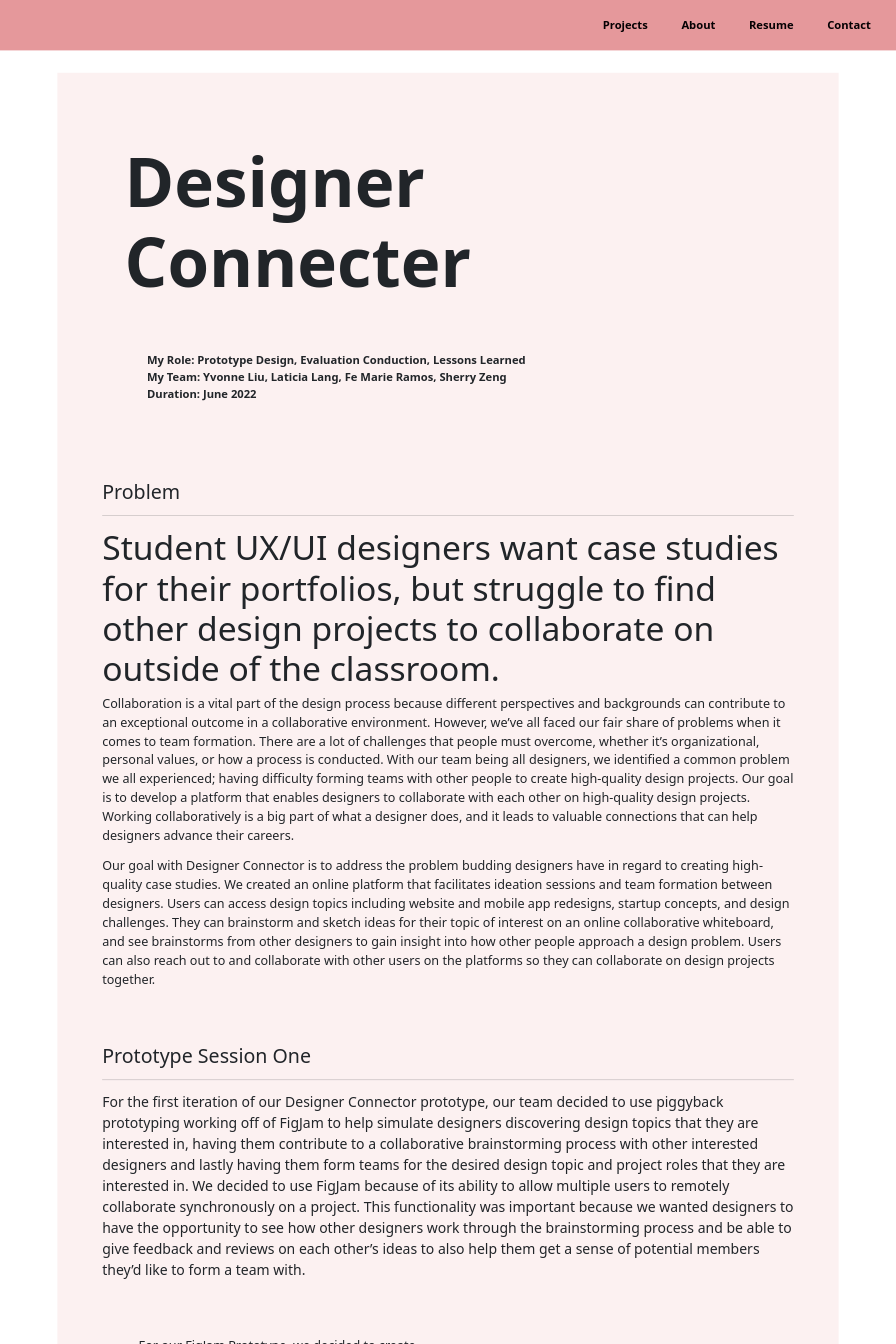
Repository: thais-chen/Portfolio
Page: designer.html
The author's editor kept a copy of each file at every save. The page is drawn from the files as they stood at one save, then again after the next save.
The browser window is 1280 px wide. The pictures show the part of the page from y = 0 to 1920 px (the page is 11273 px tall), at 70% of full size.
A picture or video elsewhere on the page could not be fetched, so the positions and the page height are approximate.

Above is the page before, as saved 2022-06-21 03:13:15.

### designer.html
<!DOCTYPE html>
<!--[if lt IE 7]>      <html class="no-js lt-ie9 lt-ie8 lt-ie7"> <![endif]-->
<!--[if IE 7]>         <html class="no-js lt-ie9 lt-ie8"> <![endif]-->
<!--[if IE 8]>         <html class="no-js lt-ie9"> <![endif]-->
<!--[if gt IE 8]>      <html class="no-js"> <!--<![endif]-->
<html>
    <head>
        <meta charset="utf-8">
        <meta http-equiv="X-UA-Compatible" content="IE=edge">
        <title></title>
        <meta name="description" content="">
        <meta name="viewport" content="width=device-width, initial-scale=1">
        <link href="https://cdn.jsdelivr.net/npm/bootstrap@5.2.0-beta1/dist/css/bootstrap.min.css" rel="stylesheet"
        integrity="sha384-0evHe/X+R7YkIZDRvuzKMRqM+OrBnVFBL6DOitfPri4tjfHxaWutUpFmBp4vmVor" crossorigin="anonymous">
        <link rel="stylesheet" href="designer.css">
    </head>
    <body>
       <header>

        <nav>
            <div class="container-fluid">
                <ul class="nav justify-content-end">

                    <li class="nav-item"><a href="index.html/#projects"> Projects</a></li>
                    <li class="nav-item"><a href="#about"> About</a> </li>
                    <li class="nav-item"><a href="#projects"> Resume</a></li>
                    <li class="nav-item "><a href="#contact"> Contact</a></li>
                </ul>
        </nav>
        </div>




       </header>
       <main class="container">


        <div class="process">
            <div>

                <div class="col">
                    <h1> Designer <br> Connecter</h1>

                </div>
                <div class=" modal-dialog modal-dialog-centered">
                        <ul>
                            <li>My Role: Prototype Design, Evaluation Conduction, Lessons Learned </li>
                            <li>My Team: Yvonne Liu, Laticia Lang, Fe Marie Ramos, Sherry Zeng</li>
                            <li>Duration: June 2022 </li>
                        </ul>


                </div>
            </div>
        <div class="setting-prob   ">
            <h3> Problem</h3>
            <hr>

            <h3 class="display-5">
                Student UX/UI designers want case studies for their portfolios, but struggle to find other design projects to collaborate on outside of the classroom.
            </h3>
            <p>
                Collaboration is a vital part of the design process because different perspectives and backgrounds can contribute to an exceptional outcome in a collaborative environment. However, we’ve all faced our fair share of problems when it comes to team formation. There are a lot of challenges that people must overcome, whether it’s organizational, personal values, or how a process is conducted. With our team being all designers, we identified a common problem we all experienced; having difficulty forming teams with other people to create high-quality design projects. Our goal is to develop a platform that enables designers to collaborate with each other on high-quality design projects. Working collaboratively is a big part of what a designer does, and it leads to valuable connections that can help designers advance their careers.
            </p>
            <p>
                Our goal with Designer Connector is to address the problem budding designers have in regard to creating high-quality case studies. We created an online platform that facilitates ideation sessions and team formation between designers. Users can access design topics including website and mobile app redesigns, startup concepts, and design challenges. They can brainstorm and sketch ideas for their topic of interest on an online collaborative whiteboard, and see brainstorms from other designers to gain insight into how other people approach a design problem. Users can also reach out to and collaborate with other users on the platforms so they can collaborate on design projects together.
            </p>
        </div>
            <div class="proto-one">
                <h3>Prototype Session One</h3>
                <hr>
                <p class="lead">
                    For the first iteration of our Designer Connector prototype, our team decided to use piggyback prototyping working off of FigJam to help simulate designers discovering design topics that they are interested in, having them contribute to a collaborative brainstorming process with other interested designers and lastly having them form teams for the desired design topic and project roles that they are interested in. We decided to use FigJam because of its ability to allow multiple users to remotely collaborate synchronously on a project. This functionality was important because we wanted designers to have the opportunity to see how other designers work through the brainstorming process and be able to give feedback and reviews on each other’s ideas to also help them get a sense of potential members they’d like to form a team with.
                </p>

               <div class="row">
                <div class="col">
                    <p>
                        For our FigJam Prototype, we decided to create a brainstorming process that focuses on having designers sketch their design ideas out based on provided topics that were provided by our team. We came up with five topics which all required the designers to come up with ideas for specified topics such as designing a dog-walking app or redesigning the Canvas website.
                    </p>
                </div>
                <div class="col">
                    <img class="img-fluid" src="images/designer/prototype1a.png">
                </div>
               </div>


                <p>We had designers rotate through four rounds so that each group of designers can create sketches for all four topics. Each round was timed so that designers only had two minutes to get their ideas down. After the rounds of sketches were completed, we had all designers take some time to review each other’s work and leave heart stamps for the ideas they found interesting.</p>

                    <center>
                        <img class="img-fluid" src="images/designer/p1b.png">
                        <figcaption  class="lead"> Here is an example of a design topic that participants worked on — they were tasked with sketching out their ideas for an app that promotes sustainability</figcaption  class="lead">

                     <img class="img-fluid" src="images/designer/a1c.png">
                        <figcaption  class="lead"> Participants were given the freedom to sign their names up on a first-come-first-serve basis for their desired design topic and team role </figcaption  class="lead">
                    </center>



                <p>
                    After having designers reflect on and review each other’s designs, we then proceeded onto the team formation part of the prototype that was conducted on Google Sheets. Here we gave designers the freedom to sign-up for their desired topic and project roles on their own.
                </p>

            </div>
            <div class="proto-two">
                <h3>Prototype Session Two</h3>
                <hr>
                <p>
                    For the second iteration of the Designer Connector prototype, we made improvements based on the feedback we received from the first round of prototyping.
                </p>
                <img class="img-fluid" src="images/designer/2a.png">
                <figcaption  class="lead">The 2nd iteration of our prototype was more organized in terms of layout which makes for a more streamlined brainstorming process</figcaption  class="lead">
                <p>
                    For this improved version, we kept the design brainstorm concept fairly the same; however, major changes were made to the layout of the brainstorming process and we also included a better design topic basis for designers to work off of rather than having them come up with entirely new design concepts. We changed the layout of the prototype for the sake of organization purposes so groups of designers know exactly where they need to go and which topic they would need to be working on. We also cut down the number of rounds from 4 to 3 and also focused on 3 design topics that required participants to redesign a specific website with a purpose in mind such as redesigning Craigslist for easier navigation.
                </p>
                <img class="img-fluid" src="images/designer/2b.png">
                <figcaption  class="lead">Here is an example of one of the design topics that participants were tasked with conducting their brainstorms on. They used a combination of sketches and comments to highlight any changes they wanted to make in their redesign.</figcaption  class="lead">

                <p>
                    Instead of having designers sketch out their ideas from scratch, for this version we decided to base the design topics on real websites and provided designers with screenshots of a webpage for them to mark up and make comments on for them to indicate their brainstorming ideas. Providing them with a screenshot of a webpage to work off of, allows the designers to pinpoint exactly where on the page they want to make the redesign changes and explain their idea with FigJam’s comment feature.
                </p>
                <div class="row">
                    <div class="col-8">
                    <p> After the brainstorming session was completed, we then had designers move on to the team formation section of our
                        prototype. Here we used Discord to simulate a live voice chat feature so that participants could join chats based on
                        their design topic of interest, network with other interested designers, and ultimately end up forming teams and
                        settling on project roles after getting to know each other more. For the purpose of this prototyping session, we
                        capped the number of participants that could enter a voice channel so that teams would be even and designers could
                        see if their first choice in design topic or role is taken and would have to move on to their second choice. </p>
                        <p>
                        Participants were directed to join voice channels on Discord based on their desired design topic (step 1) and then break
                        up into smaller groups (step 2) to form teams and choose their desired project role. </p>
                    </div>
                    <div class="col">
                        <img class="img-fluid" src="images/designer/2c.png">

                    </div>
                </div>
                <p>
                    After the brainstorming session was completed, we then had designers move on to the team formation section of our prototype. Here we used Discord to simulate a live voice chat feature so that participants could join chats based on their design topic of interest, network with other interested designers, and ultimately end up forming teams and settling on project roles after getting to know each other more. For the purpose of this prototyping session, we capped the number of participants that could enter a voice channel so that teams would be even and designers could see if their first choice in design topic or role is taken and would have to move on to their second choice.
                </p>
                <img class="img-fluid" src="images/designer/2d.png">
                <figcaption  class="lead"> After networking with other designers on Discord and breaking themselves up into teams, participants were prompted to sign their names up for their desired team and role on Google Sheets.</figcaption  class="lead">
                <p>
                    Lastly, after having designers talk amongst themselves on Discord, we then had them go onto a Google Sheet to sign up for their desired teams and project roles that they should have discussed with other members in the voice chats. For purposes of promoting further communication between formed teams, we had designers include their e-mail address information so that they could contact their respective team members on their own afterward.
                </p>
            </div>
            <div class="final-proto">


                        <p>
                            Based on the results of the previous two prototyping sessions, our team was able to use the data collected from feedback to create an actual prototype of our website on Figma. Our vision for Designer Connector is for it to be a website that designers use to discover design topics, brainstorm their ideas, collaborate with other designers, and ultimately use to help them form teams to work on a design project of their interest.
                        </p>


                        <img class="img-fluid" src="images/designer/3a.png" >
                        <p>
                            Users will be required to create an account to use the website. By requiring users to create accounts, we reduce the number of trolls on the website and promote interaction and collaboration with other users.
                        </p>
                        <center>
                            <img class="img-fluid" src="images/designer/3b.gif">
                            <img class="img-fluid" src="images/designer/3c.gif">
                        </center>

                        <p>
                            Users can browse through different design topics posted by users from around the world. They can brainstorm and sketch ideas for their topic of interest on an online collaborative whiteboard, and view other peoples’ comments on the same topic.
                        </p>
                        <img class="img-fluid" src="images/designer/3d.gif">
                        <p>Once users have engaged in brainstorming sessions and viewed other users’ designs, they can sign up to work on their desired topic. To ensure a well-rounded team, teams are comprised of different roles (UI/UX Designer, UX researcher, programmer, etc). </p>


            </div>
            <div class="eval">
                <h2> Evaluation Sessions</h2>
                <hr>
                <div class="row">
                    <div class="col">
                        <h4>
                            How did we conduct evaluations?

                        </h4>
                        <p>
                            During both rounds of prototyping, we observed participants’ behavior and how they interacted with our prototype. After both sessions, we administered surveys to ask for feedback. Surveys sought to uncover the effectiveness of our prototype in a) helping groups brainstorm and decide on a topic to work on and b) forming teams with other students. We also wanted to identify pain points and areas of confusion so that we could improve our prototype.
                        </p>
                    </div>
                    <div class="col">
                        <h4>
                            Key Lessons Learned
                        </h4>
                        <p>
                            Overall, we received positive responses to our prototype. Participants indicated that brainstorming for different topics on Figjam helped them rapidly produce ideas and decide what topic they wanted to do. Notably, users expressed that being able to see other peoples’ ideas and brainstorms was helpful and provided useful insight into how to approach a design problem.
                        </p>
                     </div>
                </div>
                    <center>   <img class="img-fluid" src="images/designer/4a.png" >
                        <figcaption  class="lead">Criticisms and suggestions we got from our participants

                    </figcaption  class="lead"> </center>

            </div>
            <div class="reflection">
                <h2> Reflection</h2>
                <hr>
                <p>
                    Students are eager to collaborate with each other but have trouble getting the ball rolling and expressing their ideas. Designer Connector aims to bring together individuals with the interest of collaborating on a project together, by helping them choose an appropriate role and brainstorm creative ideas through sketching and commenting on ideas with like-minded designers. We do not know if people will have a pleasant experience collaborating with their group mates, whether issues will arise, or if they will all contribute equally to the project. However, civilized discussion amongst group mates is likely to lead to a peaceful resolution, and active practice in resolving conflicts will strengthen one’s ability to work in a group. Designer Collector remains a solid resource for those looking to find others to collaborate with on design projects.
                </p>
            </div>
        </div>
       </main>
        <script src="" async defer></script>
    </body>
</html>

### designer.css
header{
    background-color: #e5989b;

}
ul{
    list-style: none;
}
li{
    font-weight: 600;
}
h1{
font-weight: 800;
font-size: 6rem;
}
body{
    background-color: #FFFFFF;
}
.container div{
    padding: 2rem;
}

.bg{
    background-color: #e5989b23;
}

p{
   font-size: large;
}
.process{
    background-color:  #e5989b23;
}

.container{
    margin-top: 2rem;
}
img{
    padding: 2rem;
}
/*navbar*/
.nav li{
    padding: 1.5rem;
}

a:link {  color: #050003; text-decoration: none;}


a:visited {  color: #ffcdb2; text-decoration: none; }


a:hover {
  color: white;
}

After the next save:
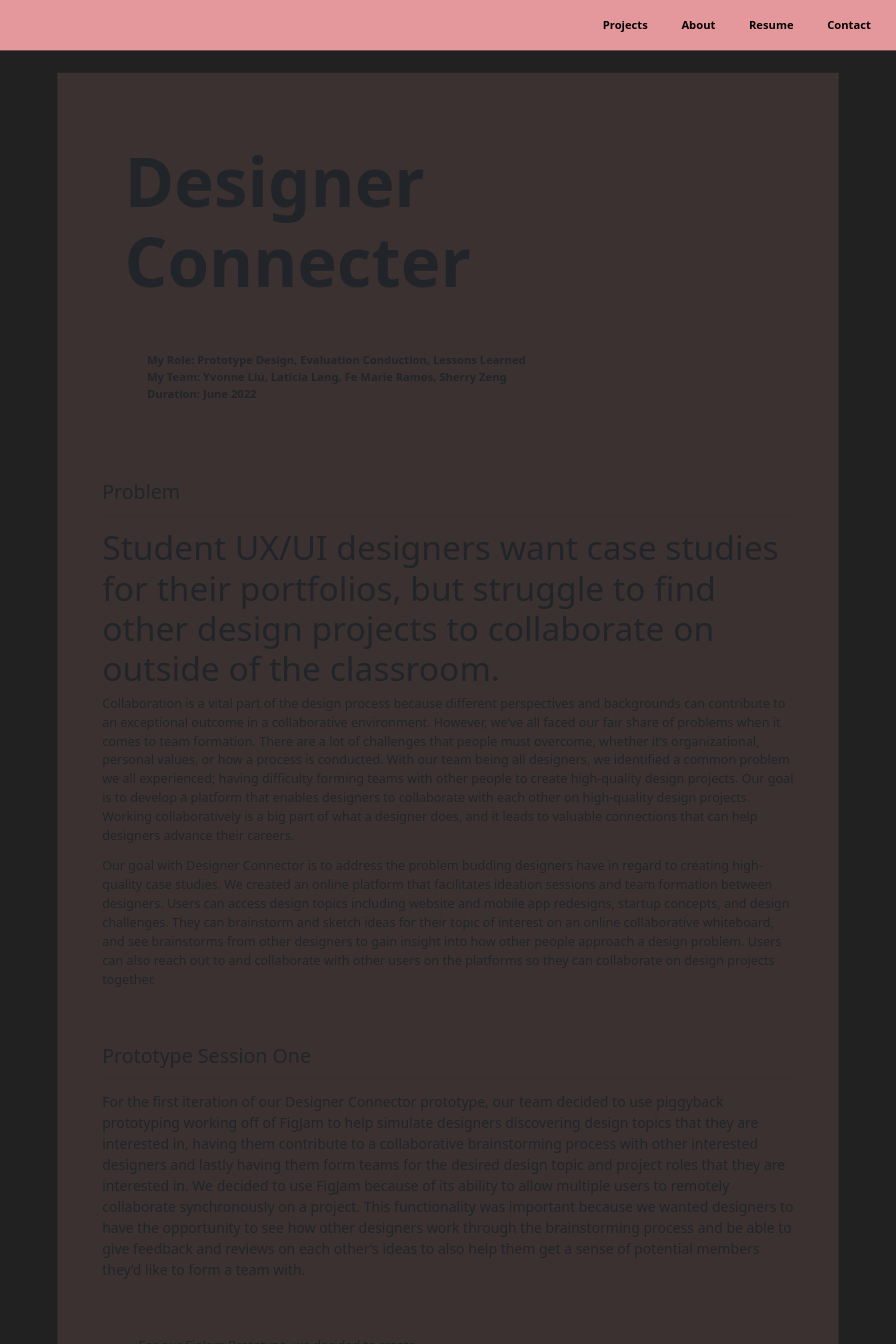
Saved 90 s later.
--- a/designer.css
+++ b/designer.css
@@ -13,7 +13,8 @@
 font-size: 6rem;
 }
 body{
-    background-color: #FFFFFF;
+    background-color: #000000de;
+
 }
 .container div{
     padding: 2rem;

After the save that followed:
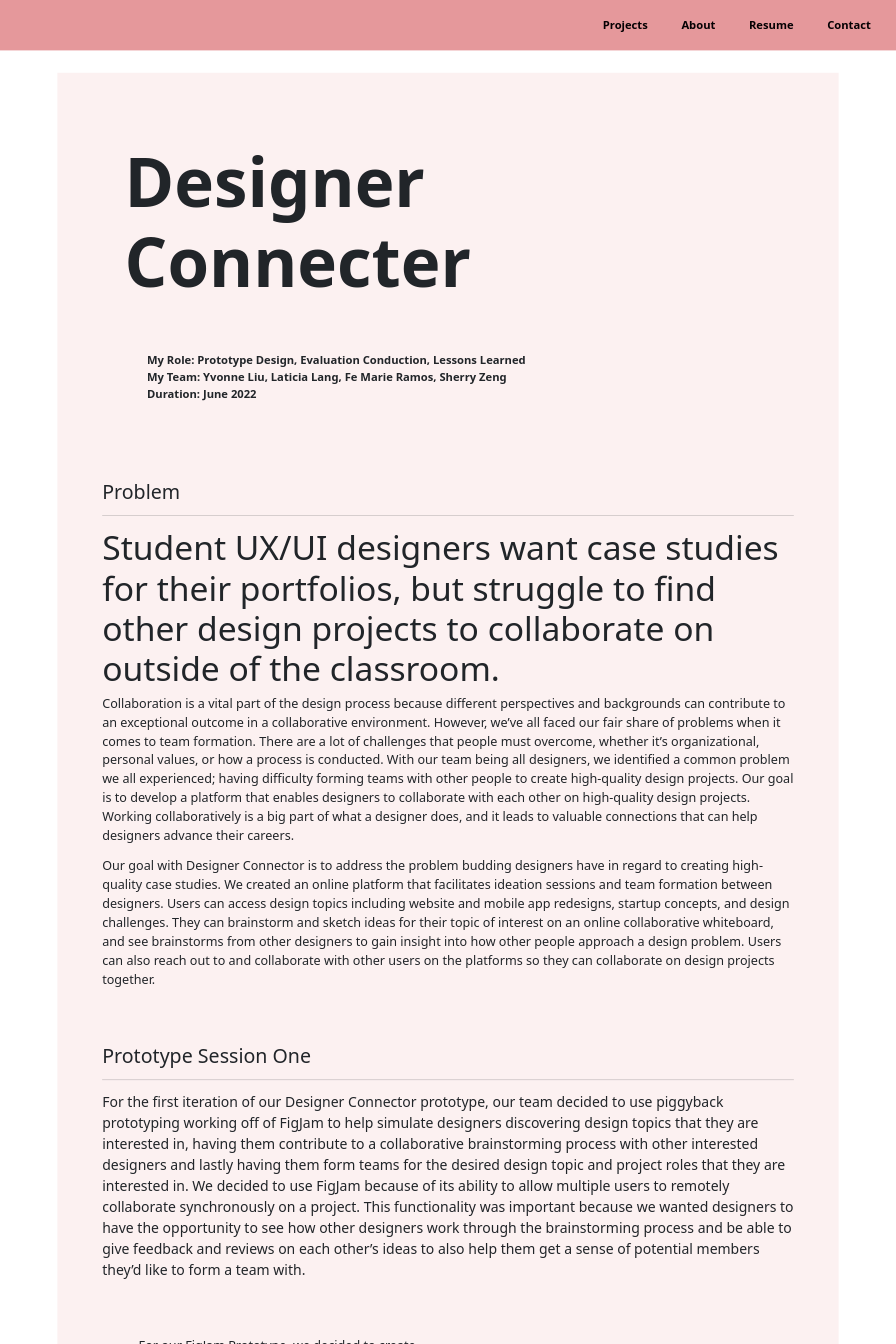
Saved 12 s later.
--- a/designer.css
+++ b/designer.css
@@ -12,7 +12,7 @@
 font-weight: 800;
 font-size: 6rem;
 }
-body{
+html{
     background-color: #000000de;
 
 }
